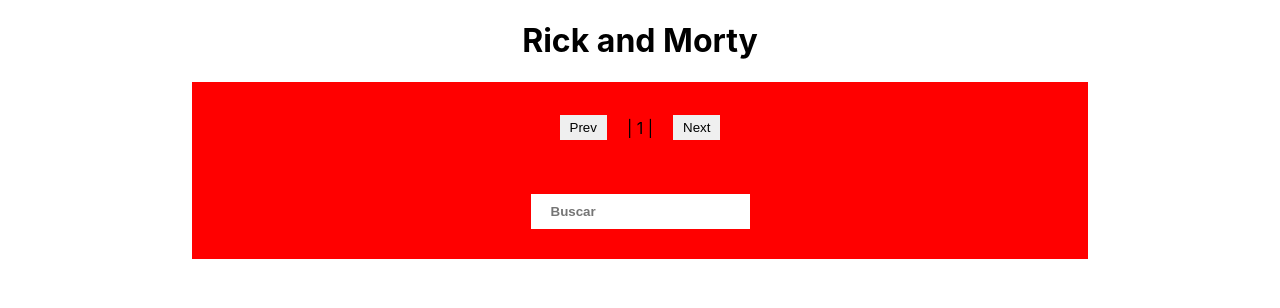
Repository: DanielVegaf/rick-and-morty-api
Page: /
An editor plug-in stored every save of this project. The page is shown before and after the next save, followed by the edit.
The browser window is 1280 px wide. The pictures show the whole page.
The page's requests for data from a server got no answer. The project was rebuilt for these pictures with package versions that can differ from the ones it lists, and the page was loaded fresh each time. No one was signed in, and anything a server would have sent is missing. Also part of the build but not shown: vite.config.js.

Above is the page before, as saved 2022-07-08 19:42:25.

After the next save:
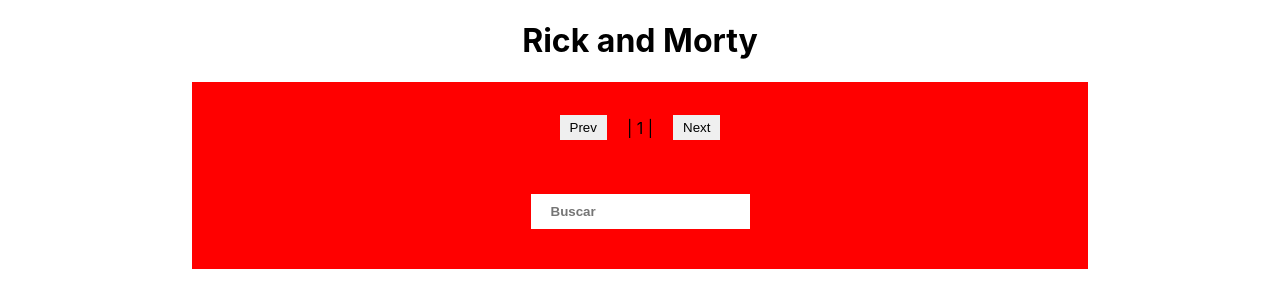
Saved 5 s later.
--- a/src/App.css
+++ b/src/App.css
@@ -29,7 +29,7 @@
 }
 
 input{
-  margin: 20px 0 30px;
+  margin: 20px 0 40px;
   padding: 10px 20px;
   border: none;
   font-weight: bold;
